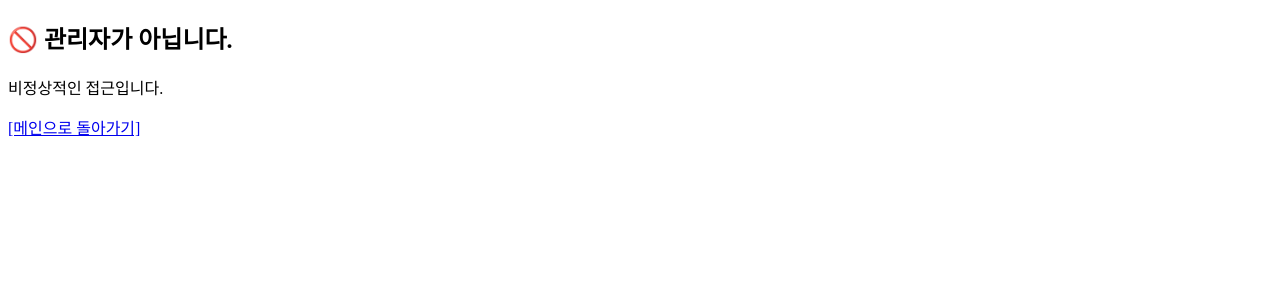
Repository: Yundanbi/Kyobo
Page: http://localhost/kyobo/member/checkAdmin.jsp
An editor plug-in stored every save of this project. The page is shown before and after the next save, followed by the edit.
The browser window is 1280 px wide. The pictures show the whole page.
The page is served by Tomcat 9. Other server files are loaded and not shown.

Above is the page before, as saved 2025-06-17 02:11:00.

### kyobo/src/main/webapp/member/checkAdmin.jsp
<%@ page language="java" contentType="text/html; charset=UTF-8"
pageEncoding="UTF-8"%>
<%
    Boolean isAdmin = (Boolean) session.getAttribute("isAdmin");
%>
<!DOCTYPE html>
<html>
<head>
<meta charset="UTF-8">
<title>관리자 확인</title>
</head>
<body>
<%
    if (isAdmin != null && isAdmin) {
%>
    <h2> 관리자입니다.</h2>
    <p>도서 관리가 가능합니다.</p>

<%
    } else {
%>
    <h2>🚫 관리자가 아닙니다.</h2>
    <p>비정상적인 접근입니다.</p>
    <a href="index.jsp">[메인으로 돌아가기]</a>
<%
    }
%>
</body>
</html>

After the next save:
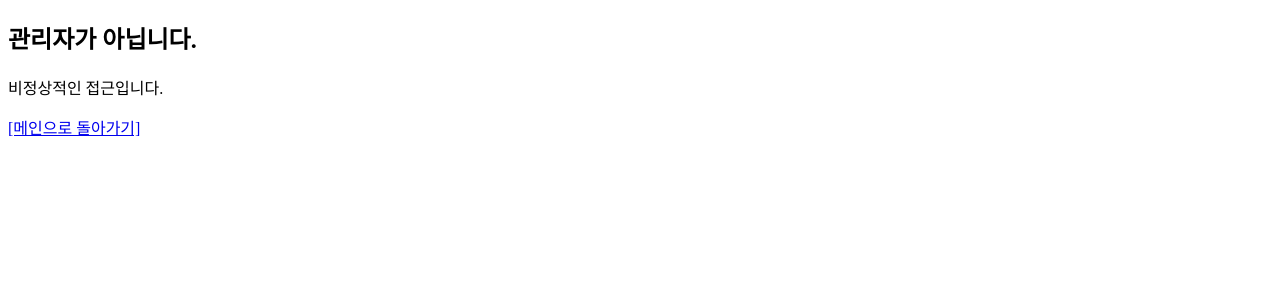
Saved 7 s later.
--- a/kyobo/src/main/webapp/member/checkAdmin.jsp
+++ b/kyobo/src/main/webapp/member/checkAdmin.jsp
@@ -19,7 +19,7 @@
 <%
     } else {
 %>
-    <h2>🚫 관리자가 아닙니다.</h2>
+    <h2>관리자가 아닙니다.</h2>
     <p>비정상적인 접근입니다.</p>
     <a href="index.jsp">[메인으로 돌아가기]</a>
 <%
